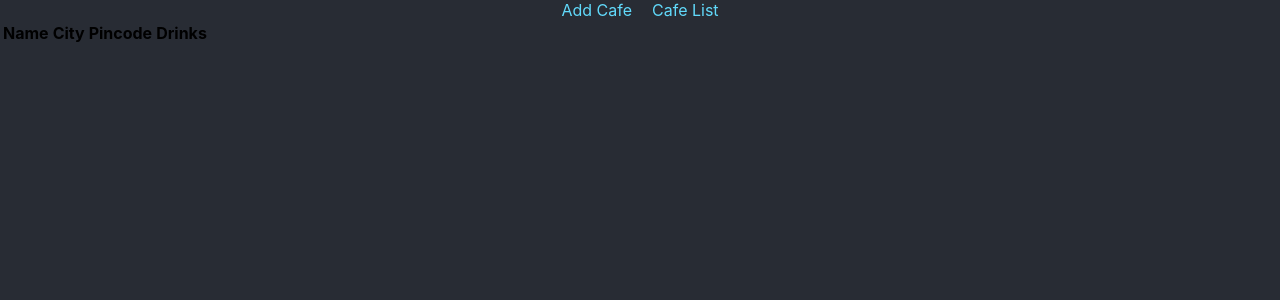
Repository: Surojd/project-cafe
Page: /cafes
The author's editor kept a copy of each file at every save. The page is drawn from the files as they stood at one save, then again after the next save.
The browser window is 1280 px wide. The pictures show the whole page.
The page's requests for data from a server got no answer. The project was rebuilt for these pictures with package versions that can differ from the ones it lists, and the page was loaded fresh each time. No one was signed in, and anything a server would have sent is missing. Also part of the build but not shown: src/cafe/AddCafe.js.

Above is the page before, as saved 2021-09-01 13:28:42.

### src/index.js
import React from 'react';
import ReactDOM from 'react-dom';
import './index.css';
import App from './App';
import reportWebVitals from './reportWebVitals';

import { BrowserRouter as Router } from 'react-router-dom';
ReactDOM.render(
  <React.StrictMode>
    <Router>
      <App />
    </Router>
  </React.StrictMode>,
  document.getElementById('root')
);

// If you want to start measuring performance in your app, pass a function
// to log results (for example: reportWebVitals(console.log))
// or send to an analytics endpoint. Learn more: https://bit.ly/CRA-vitals
reportWebVitals();

### src/index.css
body {
  background-color: #282c34;
  margin: 0;
  font-family: -apple-system, BlinkMacSystemFont, 'Segoe UI', 'Roboto', 'Oxygen',
    'Ubuntu', 'Cantarell', 'Fira Sans', 'Droid Sans', 'Helvetica Neue',
    sans-serif;
  -webkit-font-smoothing: antialiased;
  -moz-osx-font-smoothing: grayscale;
}

code {
  font-family: source-code-pro, Menlo, Monaco, Consolas, 'Courier New',
    monospace;
}

a{
  text-decoration: none;
}

### src/App.js
import { Link, Redirect, Route, Switch } from 'react-router-dom';
import './App.css';
import { AddCafe, CafeList } from './cafe';

const routes = [
  { path: '/add-cafe', component: AddCafe },
  { path: '/cafes', component: CafeList },
];
function App() {
  return (
    <div className="App">
      <header className="topnav">
        <Link className="App-link" to="/add-cafe">Add Cafe</Link>
        <Link className="App-link" to="/cafes">Cafe List</Link>
      </header>
      <container>
        <Switch>
          <div>
            {
              routes.map(item => {
                return <Route  {...item} />
              })
            }
          </div>
        </Switch>
      </container>
    </div>
  );
}

export default App;

### src/App.css
.App {
  text-align: center;
}

.App-logo {
  height: 40vmin;
  pointer-events: none;
}

@media (prefers-reduced-motion: no-preference) {
  .App-logo {
    animation: App-logo-spin infinite 20s linear;
  }
}

.App-header {
  background-color: #282c34;
  min-height: 60px;
  display: flex;
  flex-direction: row;
  align-items: center;
  justify-content: center;
  font-size: calc(10px + 2vmin);
  color: white;
}

.App-link {
  color: #61dafb;
  padding: 10px;
}
container {
  background-color: #282c34;
  width: 100%;
  display: block;
height: calc(100vh-60px);
}
@keyframes App-logo-spin {
  from {
    transform: rotate(0deg);
  }
  to {
    transform: rotate(360deg);
  }
}

### src/cafe/index.js

export { default as AddCafe } from './AddCafe';
export { default as CafeList } from './CafeList';

### src/cafe/CafeList.js
import { collection, onSnapshot, query } from "firebase/firestore";
import React, { useEffect, useState } from 'react';
import firestore from './firebase';

export default function CafeList() {
  const [list, setList] = useState([]);
  useEffect(() => {
    const q = query(collection(firestore, "cafes"));
    const list = [];
    const unsubscribe = onSnapshot(q, { includeMetadataChanges: true }, (querySnapshot) => {
      querySnapshot.docChanges().forEach((change) => {
        const item = change.doc;
        list.push({ id: item.id, ...item.data() })
      });

      setList(list)
    });
    return unsubscribe;
  }, []);
  return (<table>
    <thead>
      <tr>
        <th>Name</th>
        <th>City</th>
        <th>Pincode</th>
        <th>Drinks</th>
      </tr>
    </thead>
    {
      list.map(({ id, name, city, pincode, drinks }, index) => {
        return (
          <tr key={`data-${id}`}>
            <td>{name}</td>
            <td>{city}</td>
            <td>{pincode}</td>
            <td>{drinks}</td>
          </tr>
        )
      })
    }
  </table>);
}

### src/cafe/firebase.js
import { initializeApp } from 'firebase/app'
import { enableIndexedDbPersistence, initializeFirestore, CACHE_SIZE_UNLIMITED } from 'firebase/firestore'
import { getAnalytics } from "firebase/analytics";


const firebaseApp = initializeApp({
  apiKey: "AIzaSyBF1CMLc0WfG_majkcPFVm9eU-DCqGW9BM",
  authDomain: "project-cafe-d8aca.firebaseapp.com",
  projectId: "project-cafe-d8aca",
  storageBucket: "project-cafe-d8aca.appspot.com",
  messagingSenderId: "531282317018",
  appId: "1:531282317018:web:25d8fc0f088be0c68d5fe3",
  measurementId: "G-GNS7C6HN2Y"
});
const firestore = initializeFirestore(firebaseApp, {
  cacheSizeBytes: CACHE_SIZE_UNLIMITED
});

enableIndexedDbPersistence(firestore)
  .catch((err) => {
    if (err.code === 'failed-precondition') {
      console.log('Multiple tabs open, persistence can only be enabled in one tab at a a time.');
    } else if (err.code === 'unimplemented') {
      console.log('The current browser does not support all of the features required to enable persistence.');
    }
  });
export default firestore;
const analytics = getAnalytics(firebaseApp);

Loaded but not shown: public/index.html (common file); src/reportWebVitals.js (common file)

After the next save:
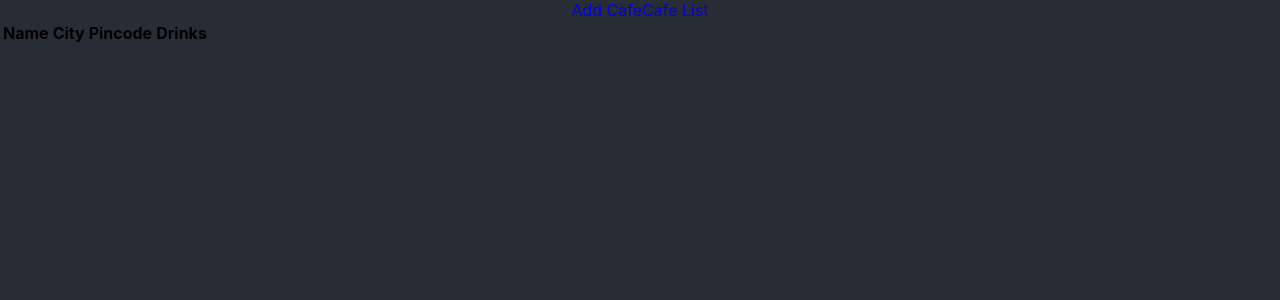
Saved 12 s later.
--- a/src/App.js
+++ b/src/App.js
@@ -10,8 +10,8 @@ function App() {
   return (
     <div className="App">
       <header className="topnav">
-        <Link className="App-link" to="/add-cafe">Add Cafe</Link>
-        <Link className="App-link" to="/cafes">Cafe List</Link>
+        <Link  to="/add-cafe">Add Cafe</Link>
+        <Link  to="/cafes">Cafe List</Link>
       </header>
       <container>
         <Switch>
